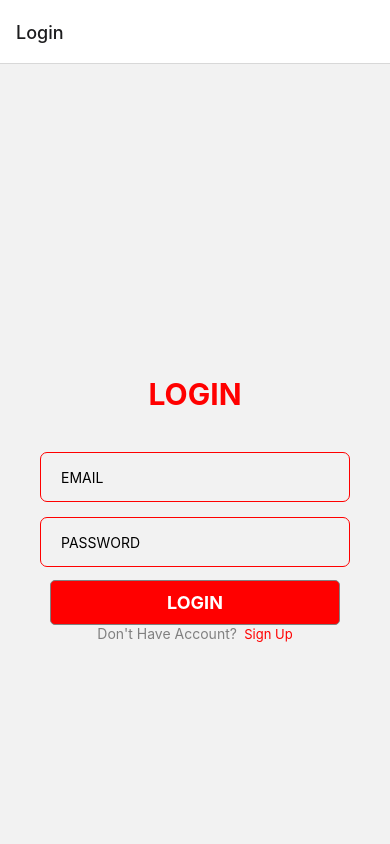
Repository: AlwinChong02/RNAssign
Page: /
An editor plug-in stored every save of this project. The page is shown before and after the next save, followed by the edit.
The browser window is 390 px wide. The pictures show the whole page.
The page's requests for data from a server got no answer. The app was drawn by React Native's web renderer in a window 390 px wide. The project was rebuilt for these pictures with package versions that can differ from the ones it lists, and the page was loaded fresh each time. No one was signed in, and anything a server would have sent is missing. Also part of the build but not shown: src/screens/HomeScreen.tsx, src/screens/SettingsScreen.tsx, src/screens/CustomRecipeScreen.tsx, src/screens/userProfile.tsx, src/screens/AboutUsScreen.tsx, util/http.js, src/screens/FeedbackScreen.tsx, src/screens/ViewFeedbackScreen.tsx and 1 more.

Above is the page before, as saved 2024-04-30 17:28:23.

### App.tsx
import React from 'react';
import { Text, View, StyleSheet } from 'react-native';
import Ionicons from 'react-native-vector-icons/Ionicons';
import { BottomTabView, createBottomTabNavigator } from '@react-navigation/bottom-tabs';
import { NavigationContainer } from '@react-navigation/native';
import { createStackNavigator } from '@react-navigation/stack';


//Main Screens
import HomeScreen from './src/screens/HomeScreen';
import SettingsScreen from './src/screens/SettingsScreen';
import CustomRecipeScreen from './src/screens/CustomRecipeScreen';
import Profile from './src/screens/userProfile';
import AboutUsScreen from './src/screens/AboutUsScreen';
import FeedbackScreen from './src/screens/FeedbackScreen';
import ViewFeedbackScreen from './src/screens/ViewFeedbackScreen';

//Login and SignUp
import Login from './src/screens/Login';
import SignUp from './src/screens/SignUp';

//Sqlite
import SQLite from 'react-native-sqlite-storage';


//type
// Define the types for your navigation stack
export type RootStackParamList = {
  SignUp: undefined;
  Login: undefined;
  //userProfile: undefined;
};

const Tab = createBottomTabNavigator();
const Stack = createStackNavigator();

const SettingsStackScreen = () => {
  return (
    <Stack.Navigator
      screenOptions={{
        headerBackgroundContainerStyle: { backgroundColor: 'orange' },
        headerStyle: { backgroundColor: 'orange', height: 70, },
        headerTitleStyle: { fontSize: 24, fontWeight: 'bold' },
      }}>
      <Stack.Screen name="Settings" component={SettingsScreen} />
      <Stack.Screen name="AboutUs" component={AboutUsScreen} />
      <Stack.Screen name="Profile" component={Profile} />
      <Stack.Screen name="Feedback" component={FeedbackScreen} />
      <Stack.Screen name="ViewFeedback" component={ViewFeedbackScreen} />
    </Stack.Navigator>
  );
}

const App = () => {
  return (
    <NavigationContainer>
      <Stack.Navigator initialRouteName="Login">
        <Stack.Screen name="Login" component={Login} options={{ title: 'Login' }} />
        <Stack.Screen name="SignUp" component={SignUp} options={{ title: 'Sign Up' }} />
        <Stack.Screen name="MainMenu" component={MainMenuScreen} options={{ headerShown: false }} />
      </Stack.Navigator>
    </NavigationContainer>
  );
}


const MainMenuScreen = () => {
  return (
    <Tab.Navigator initialRouteName='Home'
      screenOptions={({ route }) => ({
        headerBackgroundContainerStyle: { backgroundColor: 'orange' },
        headerStyle: { backgroundColor: 'orange', height: 70, },
        headerTitleStyle: { fontSize: 24, fontWeight: 'bold' },
        tabBarActiveTintColor: 'orange',
        tabBarInactiveTintColor: 'gray',
        tabBarShowLabel: false,

        tabBarIcon: ({ focused, color, size }) => {
          let iconName: string | undefined;
          if (route.name === 'Home') {
            iconName = focused ? 'home' : 'home-outline';
          } else if (route.name === 'Setting') {
            iconName = focused ? 'settings' : 'settings-outline';
          } else if (route.name === 'Profile') {
            iconName = focused ? 'person' : 'person-outline';
          } else if (route.name === 'CustomRecipe') {
            iconName = focused ? 'add-circle-outline' : 'add-circle';
            color = '#fe2c49';
            size = 70;
          } else if (route.name === 'AboutUs') {
            iconName = focused ? 'information-circle' : 'information-circle-outline';
          }
          return <Ionicons name={iconName || ''} size={size} color={color} />;
        },
        flexDirection: 'row',
        tabBarStyle: {
          position: 'absolute',
          backgroundColor: 'white',
          borderTopWidth: 0,
          height: 70,
          bottom: 30,
          left: 15,
          right: 15,
          flexDirection: 'row',
          borderRadius: 28,
        },


      })}
    >
      <Tab.Screen name="Home" component={HomeScreen} />
      <Tab.Screen name="CustomRecipe" component={CustomRecipeScreen} />
      <Tab.Screen name="Setting" component={SettingsStackScreen} options={{ headerShown: false }} />
    </Tab.Navigator>
  );
}


const styles = StyleSheet.create({
  container: {
    flex: 1,
    backgroundColor: '#fff',
    alignItems: 'center',
    justifyContent: 'center',
  },
});

export default App;

### src/screens/Login.tsx
import React, { useState, useEffect } from 'react';
const logo = require("../../src/img/logo.png")
import { Alert, Image, Pressable, SafeAreaView, StyleSheet, Switch, Text, TextInput, View } from 'react-native';
let config = require('../../config.js');
import AsyncStorage from '@react-native-async-storage/async-storage';

export default function App({route, navigation}:any) {
  const [email, setEmail] = useState('');
  const [password, setPassword] = useState('');
  const [user, setUser] = useState(null);

  useEffect(() => {
    validateUser();
  }, [])

  const validateUser = () => {
    try {
      AsyncStorage.getItem('UserData')
        .then(value => {
          if (value != null) {
            navigation.navigate('MainMenu');
          }
        }

        )
    } catch (error) {
      console.log(error);
    }
  }

  const saveUser = async (user: { name: any; email: any; phone: any; password: any; }) => {
    try {
      var theUser = {
        Name: user.name,
        Email: user.email,
        Phone: user.phone,
        Password: user.password,
      }
      await AsyncStorage.setItem('UserData', JSON.stringify(theUser));
    } catch (error) {
      console.log(error);
    }
  }

  const handleSignIn = () => {
    if (email.length == 0 || password.length == 0) {
      Alert.alert('Warning', 'Please fill in email / password!');
      return;
    }

    if (email.indexOf("@") == -1 || email.indexOf(".") == -1) {
      Alert.alert('Warning', 'Please enter a valid email address!');
      return;
    }

    let url = config.settings.serverPath + '/api/users/' + email;
    fetch(url)
      .then(response => {
        if (!response.ok) {
          Alert.alert('Warning', 'No account found. Please register an account');
          throw Error('Error: ' + response.status);
        }
        return response.json();
      })
      .then(user => {
        if (user != null) {
          if (password === user.password) {
            setUser(user);
            saveUser(user);
            navigation.navigate('MainMenu');
          } else {
            Alert.alert('Warning', 'Incorrect password. Please try again');
          }
        } else {
          Alert.alert('Warning', 'No account found. Please register an account');
        }
      })
      .catch(error => {
        console.error(error);
      });
  }


  return (
    <SafeAreaView style={styles.container}>

      {/* <Image source={logo} style={styles.image} resizeMode='contain' /> */}
      <Text style={styles.title}>Login</Text>
      <View style={styles.inputView}>
          <TextInput style={styles.input} placeholder='EMAIL'
          underlineColorAndroid="transparent"
          onChangeText={(value) => setEmail(value)}
          autoCorrect={false}
          autoCapitalize='none' />
          <TextInput style={styles.input} placeholder='PASSWORD'
          secureTextEntry value={password}
          onChangeText={setPassword}
          autoCorrect={false}
          autoCapitalize='none'/>
      </View>
      <View style={styles.rememberView}>
          <View style={styles.switch}>

              <Text style={styles.rememberText}></Text>
          </View>
      </View>

      <View style={styles.buttonView}>
          <Pressable style={styles.button} onPress={handleSignIn}>
              <Text style={styles.buttonText}>LOGIN</Text>
          </Pressable>
      </View>

      <Text style={styles.footerText}>Don't Have Account?
    <Pressable onPress={() => navigation.navigate('SignUp')}>
      <Text style={styles.signup}>  Sign Up</Text>
    </Pressable>
  </Text>


  </SafeAreaView>
    )
}

const styles = StyleSheet.create({
    container : {
      flex: 1,
      alignItems : "center",
      justifyContent: "center",
      paddingTop: 70,
      backgroundColor: 'transparent'
    },
    image : {
      height : 180,
      width : 350,
      alignSelf: 'flex-start',
      marginLeft: 20,
      opacity: 0.8,
    },
    title : {
      fontSize : 30,
      fontWeight : "bold",
      textTransform : "uppercase",
      textAlign: "center",
      paddingVertical : 40,
      color : "red"
    },
    inputView : {
      gap : 15,
      width : "100%",
      paddingHorizontal : 40,
      marginBottom  :5
    },
    input : {
      height : 50,
      paddingHorizontal : 20,
      borderColor : "red",
      borderWidth : 1,
      borderRadius: 7
    },
    rememberView : {
      width : "100%",
      paddingHorizontal : 50,
      justifyContent: "space-between",
      alignItems : "center",
      flexDirection : "row",
      marginBottom : 8
    },
    switch :{
      flexDirection : "row",
      gap : 1,
      justifyContent : "center",
      alignItems : "center"

    },
    rememberText : {
      fontSize: 13
    },
    forgetText : {
      fontSize : 11,
      color : "red"
    },
    button : {
      backgroundColor : "red",
      height : 45,
      borderColor : "gray",
      borderWidth  : 1,
      borderRadius : 5,
      alignItems : "center",
      justifyContent : "center"
    },
    buttonText : {
      color : "white"  ,
      fontSize: 18,
      fontWeight : "bold"
    },
    buttonView :{
      width :"100%",
      paddingHorizontal : 50
    },
    optionsText : {
      textAlign : "center",
      paddingVertical : 10,
      color : "gray",
      fontSize : 13,
      marginBottom : 6
    },
    mediaIcons : {
      flexDirection : "row",
      gap : 15,
      alignItems: "center",
      justifyContent : "center",
      marginBottom : 23
    },
    icons : {
      width : 40,
      height: 40,
    },
    footerText : {
      textAlign: "center",
      color : "gray",
    },
    signup : {
      color : "red",
      fontSize : 13
    },
    bgImage: {
      flex: 1,
      resizeMode: 'cover',
      position: 'absolute',
      width: '100%',
      height: '100%',
      justifyContent: 'center',
      opacity: 0.7,
    },
})

### config.js
export const settings = {
    serverPath: 'http://192.168.118.8:5000',
};

After the next save:
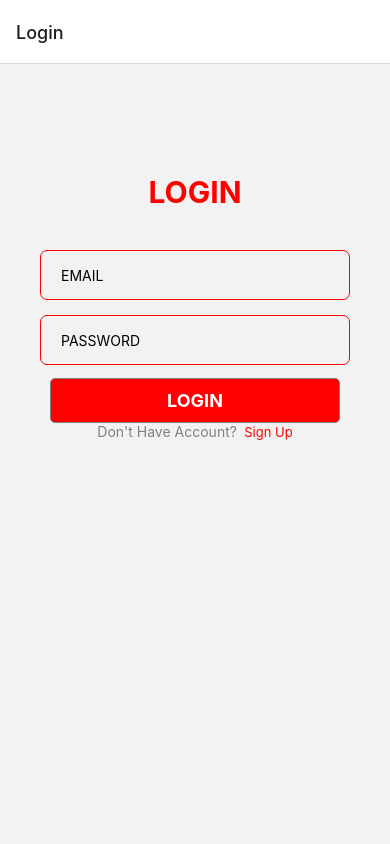
Saved 113 s later.
--- a/src/screens/Login.tsx
+++ b/src/screens/Login.tsx
@@ -126,7 +126,7 @@
     container : {
       flex: 1,
       alignItems : "center",
-      justifyContent: "center",
+      justifyContent: "flex-start",
       paddingTop: 70,
       backgroundColor: 'transparent'
     },
